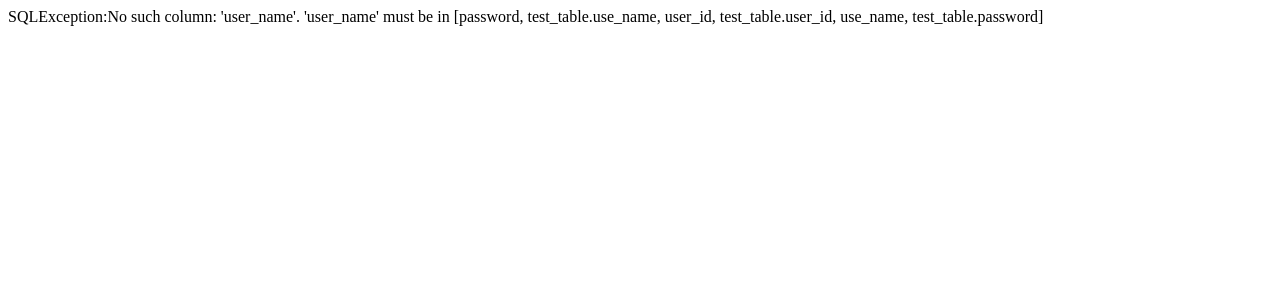
Repository: tatsuya-0/test
Page: http://localhost/HelloServlet/MySQLServlet
An editor plug-in stored every save of this project. The page is shown before and after the next save, followed by the edit.
The browser window is 1280 px wide. The pictures show the whole page.
The page is served by Tomcat 9. The database holds what the project's SQL file puts in it.

Above is the page before, as saved 2018-03-02 04:43:02.

After the next save:
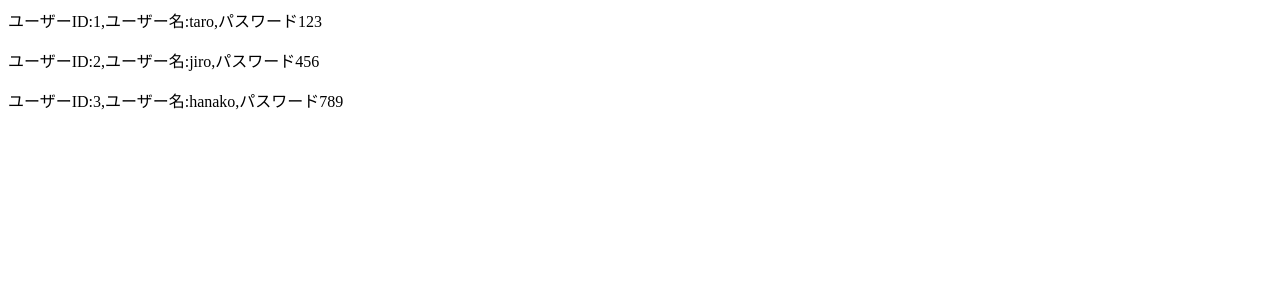
Saved 20 min 38 s later.
--- a/HelloServlet/src/MySQLServlet.java
+++ b/HelloServlet/src/MySQLServlet.java
@@ -56,7 +56,7 @@ public class MySQLServlet extends HttpServlet {
 
 			while(rs.next()){
 				int userId = rs.getInt("user_id");
-				String userName =rs.getString("user_name");
+				String userName =rs.getString("use_name");
 				String userPassword =rs.getString("password");
 				out.println("<p>");
 				out.println("ユーザーID:"+userId+",ユーザー名:"+userName+",パスワード"+
